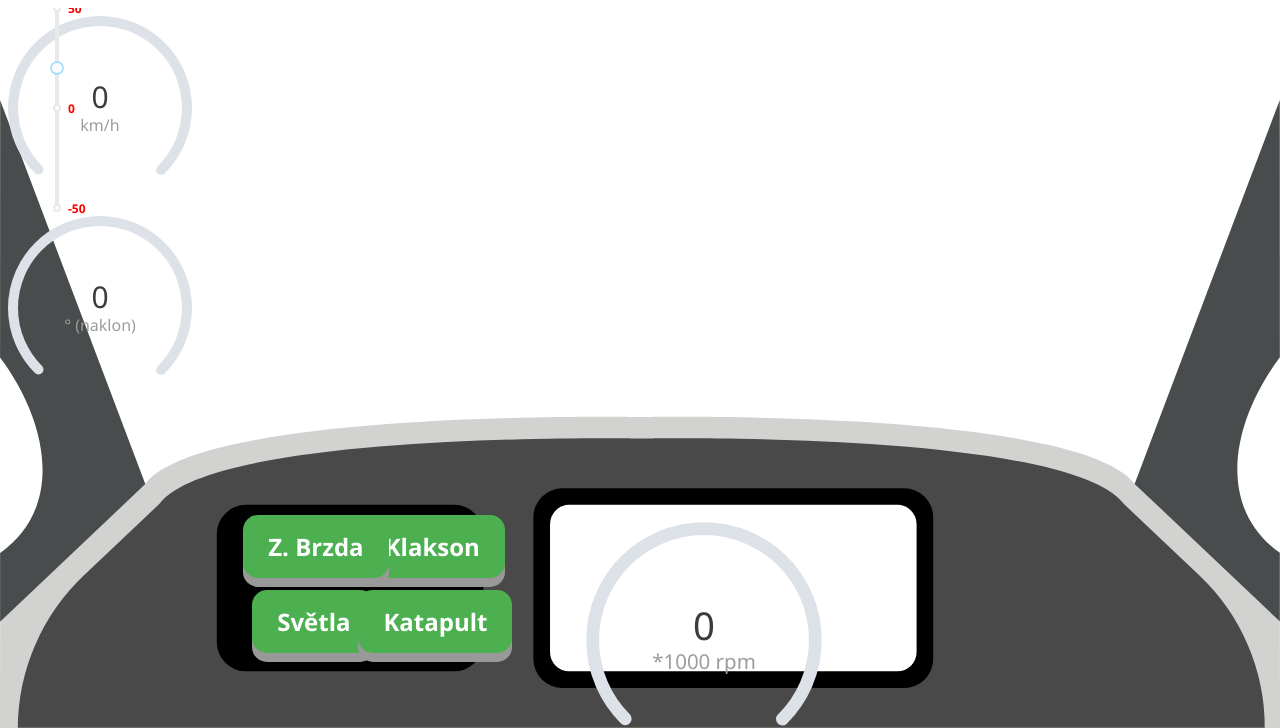
Repository: matyasvelc/train
Page: / (app in frontend/)
The author's editor kept a copy of each file at every save. The page is drawn from the files as they stood at one save, then again after the next save.
The browser window is 1280 px wide. The pictures show the whole page.
The page's requests for data from a server got no answer. The project was rebuilt for these pictures with package versions that can differ from the ones it lists, and the page was loaded fresh each time. No one was signed in, and anything a server would have sent is missing.

Above is the page before, as saved 2022-04-04 17:40:51.

### frontend/src/index.js
import React, { useEffect } from 'react'
import ReactDOM from 'react-dom'
import Progress from './lib/progress'
import './styles.css'
import Slider, { Range } from 'rc-slider';
import 'rc-slider/assets/index.css';

async function postData(url = '', data = {}) {
  // Default options are marked with *
  const response = await fetch(url, {
    method: 'POST', // *GET, POST, PUT, DELETE, etc.
    cache: 'no-cache', // *default, no-cache, reload, force-cache, only-if-cached
    headers: {
      'Content-Type': 'application/json'
    },
    redirect: 'follow', // manual, *follow, error
    referrerPolicy: 'no-referrer', // no-referrer, *no-referrer-when-downgrade, origin, origin-when-cross-origin, same-origin, strict-origin, strict-origin-when-cross-origin, unsafe-url
    body: JSON.stringify(data) // body data type must match "Content-Type" header
  });
  return response.json(); // parses JSON response into native JavaScript objects
}

const style = { float: 'left', width: 160, height: 200, marginBottom: 160, marginLeft: 50 };
const parentStyle = { overflow: 'hidden' };

const marks = {
  '-50': {
    style: {
      color: 'red',
    },
    label: <strong>-50</strong>,
  },
  0: {
    style: {
      color: 'red',
    },
    label: <strong>0</strong>,
  },
  50: {
    style: {
      color: 'red',
    },
    label: <strong>50</strong>,
  },
};

function App() {
  const [temp, setTemp] = React.useState()
  const [rpm, setRpm] = React.useState()
  const [speed, setSpeed] = React.useState()
  const [svetlo, setSvetlo] = React.useState()
  const [rychlost, setRychlost] = React.useState()

  useEffect(() => {
    const timer = setInterval(() => {
      fetch('http://127.0.0.1:5000/getSpeed')
        .then(res => {
          return res.json();
        })
        .then(data => {
          setSpeed(data.speed);
        });
    }, 1000);

    return () => clearInterval(timer);
  }, []);

  useEffect(() => {
    const timer = setInterval(() => {
      fetch('http://127.0.0.1:5000/getAngle')
        .then(res => {
          return res.json();
        })
        .then(data => {
          setTemp(data.angle);
        });
    }, 1000);

    return () => clearInterval(timer);
  }, []);

  useEffect(() => {
    const timer = setInterval(() => {
      fetch('http://127.0.0.1:5000/getRpm')
        .then(res => {
          return res.json();
        })
        .then(data => {
          setRpm(data.engine_speed);
        });
      }, 1000);

      return () => clearInterval(timer);
  }, []);

  function Svetlo() {
    console.log(svetlo);
    setSvetlo(!svetlo);
    postData('http://127.0.0.1:5000/setLightStatus', {"lights": !svetlo})
  }

  function Rychlost(value) {
    console.log(value);
    setRychlost(value);
    postData('http://127.0.0.1:5000/setSpeed', {"speed": value})
  }

  return (
    <div className="demo">
      <div className='vlak'>
      <Progress
        className="budik1"
        progress={rpm}
        max={4}
        subtitle="*1000 rpm"
        reduction={0.25}
        hideBall
        strokeWidth={10}
        gradient={[{stop: 0.0, color: '#f6416d'}, {stop: 1, color: '#fa6d7c'}]} />
      <Progress
        progress={speed}
        max={100}
        subtitle="km/h"
        reduction={0.25}
        hideBall
        strokeWidth={10} />
      <Progress
        progress={temp}
        min={-45}
        max={45}
        subtitle="° (naklon)"
        strokeWidth={10}
        reduction={0.25}
        hideBall
        gradient={[{stop: 0.0, color: '#f6416d'}, {stop: 1, color: '#fa6d7c'}]} />
        </div>
        <input id='svetla' class="svetla" onClick={Svetlo} checked={svetlo} type='checkbox'></input>
        <label class="button a" htmlFor='svetla'>Světla</label>
        <button class="button b" >Katapult</button>
        <button class="button c" >Klakson</button>
        <button class="button d" >Z. Brzda</button>
        <div style={parentStyle}>
          <div style={style}>
            <Slider vertical min={-50} max={50} step={2} marks={marks} included={false} onAfterChange={Rychlost} defaultValue={20}/>
          </div>
        </div>
        </div>
  )
}

ReactDOM.render(<App />, document.getElementById('root'))

### frontend/src/styles.css
body {
  background: none;
  font-family: 'Segoe UI', Tahoma, Geneva, Verdana, sans-serif;
  caret-color: transparent;
  user-select: none;
  overflow: hidden;
  padding: 0;
  left: 0;
  width: 100%;
  height: 100%;
}

.demo > div {
  width: 100%;
  height: 100%;
  position: absolute;
  left: 0;
  display: inline-block;
}
.vlak {
  background-image:url(./train.svg);
  background-repeat: no-repeat;
  background-size: 100%;
  width: 100%;
  height: 100%;
  overflow: hidden;
  background-position: bottom;
  position: absolute;
  display: inline-block;
}
.budik1{
  position: absolute;
  top: 70%;
  left: 45%;
  width: 20%;
}
.budik2{
  position: absolute;
  top: 70%;
  left: 55%;
}
.budik3{
  position: absolute;
  top: 70%;
  left: 60%;
}
.button {
  font-family: 'Segoe UI', Tahoma, Geneva, Verdana, sans-serif;
  display: inline-block;
  padding: 15px 25px;
  font-size: 24px;
  cursor: pointer;
  text-align: center;
  text-decoration: none;
  outline: none;
  color: #fff;
  background-color: #4CAF50;
  border: none;
  border-radius: 15px;
  box-shadow: 0 9px #999;
  caret-color: transparent;
  user-select: none;
  font-weight:600;
  position: absolute;
}
.button:active {
  background-color: #3e8e41;
  box-shadow: 0 5px #666;
  transform: translateY(4px);
}
.a{
  position: absolute;
  top: 82%;
  left: 19.7%;
}
.b{
  position: absolute;
  top: 82%;
  left: 28%;
}
.c{
  position: absolute;
  top: 71.5%;
  left: 28.1%;
}
.d{
  position: absolute;
  top: 71.5%;
  left: 19%;
}
.svetla{
  display: none;
  caret-color: transparent;
  user-select: none;
  position: absolute;
}
.svetla:checked + .button{
  background-color: #3e8e41;
  box-shadow: 0 5px #666;
  transform: translateY(4px);
}
.rychlost{
  user-select:all;
  position: absolute;
  top: ;
  left: ;
}

### frontend/src/lib/progress.module.css
.progress {
  font-family: 'Segoe UI', Tahoma, Geneva, Verdana, sans-serif;
  width: 200px;
}

.svg {
  display: block;
  width: 100%;
}

Loaded but not shown: frontend/public/index.html (common file); frontend/src/lib/progress.js (library)

After the next save:
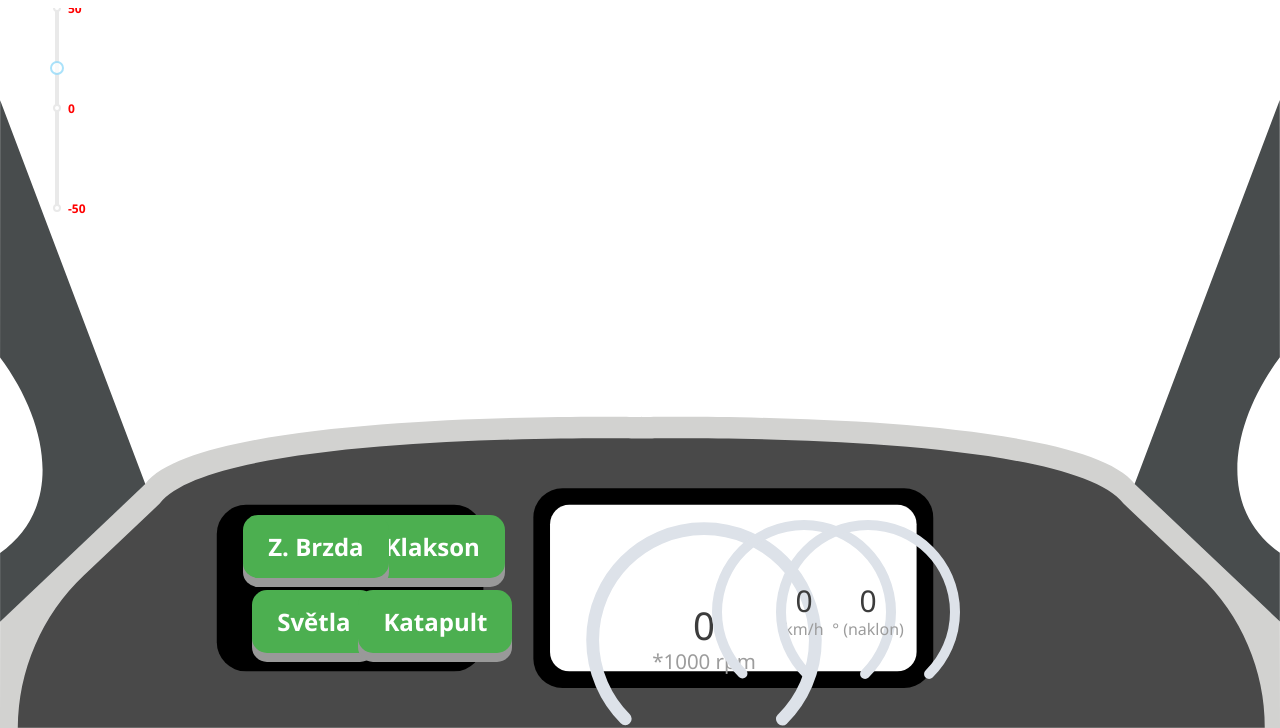
Saved 17 s later.
--- a/frontend/src/index.js
+++ b/frontend/src/index.js
@@ -118,6 +118,7 @@ function App() {
         strokeWidth={10}
         gradient={[{stop: 0.0, color: '#f6416d'}, {stop: 1, color: '#fa6d7c'}]} />
       <Progress
+      className="budik2"
         progress={speed}
         max={100}
         subtitle="km/h"
@@ -125,6 +126,7 @@ function App() {
         hideBall
         strokeWidth={10} />
       <Progress
+      className="budik3"
         progress={temp}
         min={-45}
         max={45}
